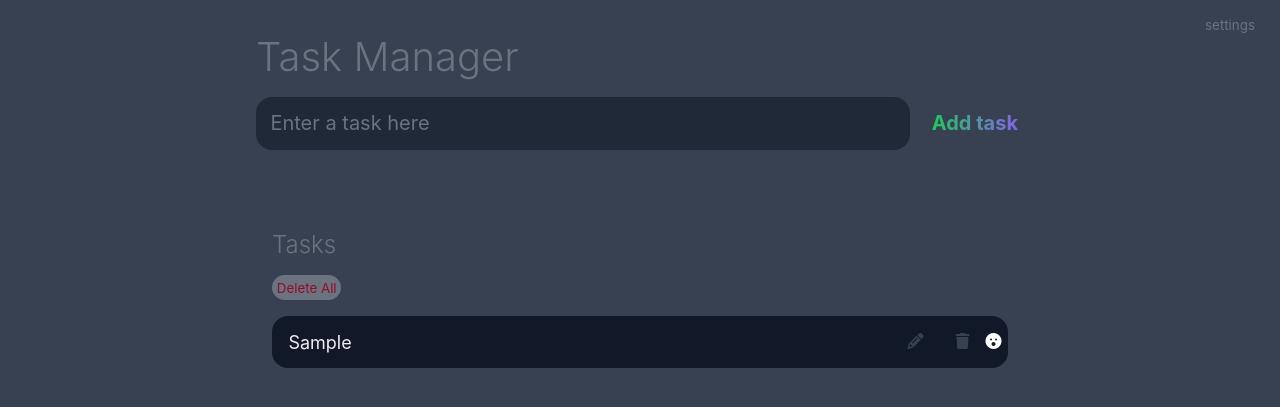
Repository: Herschenglime/todo-list-exercise
Page: index.html
An editor plug-in stored every save of this project. The page is shown before and after the next save, followed by the edit.
The browser window is 1280 px wide. The pictures show the whole page.
Empty fields were first filled with sample values (such as "Sample", 5 or name@example.com).
After loading, the first visible `#new-task-form` was submitted once.
Some web libraries are served in a nearby version.

Above is the page before, as saved 2022-05-27 18:36:52.

### index.html
<!DOCTYPE html>
<html lang="en">
<head>
    <meta charset="UTF-8">
    <meta http-equiv="X-UA-Compatible" content="IE=edge">
    <meta name="viewport" content="width=device-width, initial-scale=1.0">
    <title>Task Manager</title>
    <link rel="stylesheet" href="sytles.css">
    <script src="https://kit.fontawesome.com/8f66459c5a.js" crossorigin="anonymous"></script>
</head>
<body>
    <nav class="navbar">
        <div class="navbar__container">
            <button id="settings" onclick="toggleSettings()"> settings </button>
        </div>
    </nav>

    <header>
        <h1>Task Manager</h1>
        <form id="new-task-form">
            <input
                type="text"
                id="new-task-input"
                placeholder="Enter a task here" />
            <input
                type="submit"
                id="new-task-submit"
                value="Add task" />
        </form>
    </header>

    <main>
        <section class="task-list">
            <h2>Tasks</h2>
            <div class="overall">
                <button id="delete_all">Delete All</button>
                <button id="print_all">Print All</button>
                <button id="drawTasks_button">drawTasks()</button>

            </div>

            <div id="tasks"></div>
        </section>

    <div class="popup" id="settings_popup">
        <div class="overlay" onclick="toggleSettings()"></div>
        <div class="content">
            <div class="close_button" onclick="toggleSettings()">&times;</div>
            <h1>Allow Duplicates?</h1>
            <p1>Automatically delete duplicate entries?</p1>
            <div class="buttons">
                <button id="toggle_duplicates" onclick="toggleDuplicates()">toggle duplicates</button>
                <button id="joke_button">tell me a joke</button>
            </div>
        </div>
    </div>

    <script src="app.js"></script>
</body>
</html>

### sytles.css
:root {
    --dark: #374151;
    --darker: #1f2937;
    --darkest: #111827;
    --gray: #6b7280;
    --light: #EEE;
    --pink: #EC4899;
    --purple: #8B5Cf6;
    --green: #16d14e;
    --red: rgb(148, 12, 39);
}

* {
    box-sizing: border-box;
    margin: 0;
    font-family: -apple-system, BlinkMacSystemFont, 'Segoe UI', Roboto, Oxygen, Ubuntu, Cantarell, 'Open Sans', 'Helvetica Neue', sans-serif;
}

body {
    display: flex;
    flex-direction: column;
    min-height: 100vh;
    background: var(--dark);
    color: white;
}

header {
    padding: 2rem 1rem;
    max-width: 800px;
    width: 100%;
    margin: 0 auto;
}

header h1 {
    font-size: 2.5rem;
    font-weight: 300;
    color: var(--gray);
    margin-bottom: 1rem;
}

#new-task-form {
    display: flex;
}

input, button {
    appearance: none;
    border: none;
    outline: none;
    background: none;
}

#new-task-input {
    flex: 1 1 0%;
    background-color: var(--darker);
    padding: .9rem;
    border-radius: 1rem;
    margin-right: 1rem;
    color: var(--light);
    font-size: 1.25rem;
}

#new-task-input::placeholder {
    color: var(--gray);
}

#new-task-submit {
    color: var(--green);
    font-size: 1.25rem;
    font-weight: 700;
    background-image: linear-gradient(to right, var(--green), var(--purple));
    -webkit-background-clip: text;
    -webkit-text-fill-color: transparent;
    cursor: pointer;
    /* transition: 0.4s; */
}

#new-task-submit:hover {
    opacity: 0.8;
}

#new-task-submit:active {
    opacity: 0.67;
}

#settings {
    color: var(--gray);
    position: absolute;
    margin-top: 1rem;
    right: 0px;
    width: 100px;
    cursor: pointer;
}

#settings:hover {
    opacity: 0.8;
}

#settings:active {
    opacity: 0.67;
}

.popup .overlay {
    position:fixed;
    top: 0rem;
    left: 0rem;
    width: 100vw;
    height: 100vh;
    background: rgba(0, 0, 0, 0.7);
    z-index: 1;
    display: none;
}

.popup .content {
    position: absolute;
    top: 50%;
    left: 50%;
    transform: translate(-50%, -50%) scale(0);
    background: var(--gray);
    width: 35rem;
    height: 43rem;
    z-index: 2;
    text-align: center;
    padding: 2rem;
    box-sizing: border-box;
}

.popup .close_button {
    cursor: pointer;
    position: absolute;
    right: 1.5rem;
    top: 1.5rem;
    width: 2rem;
    height: 2rem;
    background: var(--darker);
    color: var(--white);
    font-size: 1.5rem;
    font-weight: .6rem;
    line-height: 2rem;
    text-align: center;
}

.popup.active .overlay {
    display:block;
}

.popup.active .content {
    transition: all 85ms ease-in-out;
    transform: translate(-50%, -50%) scale(1);
}

.popup .content .buttons #toggle_duplicates,#joke_button{
    border-radius: 1rem;
    background-color: var(--darker);
    color: var(--light);
    margin-top: 1rem;
    padding: .5rem;
    cursor: pointer;
    display: block;
    justify-content: center;
    align-items: center;

}


.overall #delete_all {
    /* display: flex;
    flex-direction: column;
    flex: 1 1 0%; */
    color: var(--red);
    background-color: var(--gray);
    padding: .3rem;
    border-radius: .8rem;
    margin-right: .5rem;
    margin-bottom: 1rem;
    cursor: pointer;
}

.overall #delete_all:hover {
    opacity: 0.8;
}

.overall #delete_all:active {
    opacity: 0.67;
}
.overall #print_all {
    color: var(--green);
    background-color: var(--gray);
    padding: .3rem;
    border-radius: .8rem;
    margin-bottom: 1rem;
    cursor: pointer;
    display: none;
}

.overall #print_all:hover {
    opacity: 0.8;
}

.overall #print_all:active {
    opacity: 0.67;
}

.overall #drawTasks_button {
    color: yellow;
    background-color: var(--gray);
    padding: .3rem;
    border-radius: .8rem;
    margin-bottom: 1rem;
    margin-left: .5rem;
    cursor: pointer;
    display: none;
}

.overall #drawTasks_button:hover {
    opacity: 0.8;
}

.overall #drawTasks_button:active {
    opacity: 0.67;
}

main {
    flex: 1 1 0%;
    padding: 2rem 1rem;
    max-width: 800px;
    width: 100%;
    margin: 0 auto;
}

.task-list {
    padding: 1rem;
}

.task-list h2 {
    font-size: 1.5rem;
    font-weight: 300;
    color: var(--gray);
    margin-bottom: 1rem;
}

#tasks .task {
    display: flex;
    justify-content: space-between;
    background-color: var(--darkest);
    padding: .9rem;
    border-radius: 1rem;
    margin-bottom: 1rem;
}

#tasks .task .content {
    flex: 1 1 0%;
}

#tasks .task .content .text {
    color: var(--light);
    font-size: 1.125rem;
    width: 100%;
    display: block;
    /* transition: 0.4s; */
}

#tasks .task .content .text:not(:read-only) {
    color: var(--green);
}

#tasks .task .actions {
    display: flex;
    margin: 0 -0.5rem;
}

.task .actions button {
    cursor: pointer;
    margin: 0 0.5rem;
    font-size: 1.125rem;
    font-weight: 700;
    text-transform: uppercase;
    /* transition: 0.4s */
}

.task .actions button:hover {
    opacity: 0.8;
}

.task .actions button:active {
    opacity: 0.67;
}

.task .actions .edit {
    color: var(--gray);
}

.task .actions .delete {
    color: var(--red);
}

.fa-pencil {
    color: var(--dark);
    margin-left: 1rem;
    margin-right: 1rem;
    cursor: pointer;
}

.fa-pencil:hover {
    opacity: 0.5;
    color: var(--light);
}

.fa-pencil:active {
    opacity: 0.67;
}

.fa-trash {
    color: var(--dark);
    margin-left: 1rem;
    margin-right: 1rem;
    cursor: pointer;
}

.fa-trash:hover {
    opacity: 0.8;
    color: var(--red);
}

.fa-trash:active {
    opacity: 0.67;
}

### app.js
var allowDuplicates = true;

window.addEventListener('load', () => {
    const form = document.querySelector("#new-task-form");
    const input = document.querySelector("#new-task-input");
    const delete_all = document.querySelector("#delete_all");
    const print_all = document.querySelector("#print_all");
    const draw_tasks = document.querySelector("#drawTasks_button");

    // array that stores all tasks in easily-accessible format, but that doesn't save upon page refresh
    let tasks = [];

    // Each task has its own HTML element, this function handles creating each element with a forEach() loop. Function also refreshes all displayed tasks when called (refreshes task list)
    function drawTasks() {

        // refresh task array based on local storage
        try {
            tasks = [];
            JSON.parse(localStorage.tasks).forEach((task) => {
                tasks.push(task);
            })
        } catch (e) {
            console.log("caught error likely due to localStorage.tasks being empty. Is this an issue?")
            // HERE IS HOW TO TELL IF THERE ARE NO TASKS
        }

        // delete all drawn tasks (prevents dupplication of drawn tasks)
        try {
            document.querySelectorAll('.task').forEach((drawnTask) => {
                drawnTask.remove();
            })
        } catch (e) {
            console.log("Failed to delete drawn tasks.")
            console.log(e)
        }

        // draw each task
        try {
            tasks.forEach((task) => {
                const list_el = document.querySelector("#tasks");

                // creates tasks
                const task_el = document.createElement("div");
                task_el.classList.add("task");
                task_el.id = task.id;

                const task_content_el = document.createElement("div");
                task_content_el.classList.add("content");

                task_el.appendChild(task_content_el);

                const task_input_el = document.createElement("input");
                task_input_el.classList.add("text");
                task_input_el.type = "text";

                // determines the displayed text
                task_input_el.value = task.taskName;
                task_input_el.setAttribute("readonly", "readonly");

                task_content_el.appendChild(task_input_el);

                // creates buttons (required to display)
                const task_actions_el = document.createElement("div");
                task_actions_el.classList.add("actions");


                const task_emoji_el = document.createElement("button");
                task_emoji_el.classList.add("emoji");
                task_emoji_el.innerHTML = "emoji";

                const task_emoji_icon = document.createElement("i");
                // creates the icon (this code is found at fontawesome.com)
                task_emoji_icon.innerHTML = '<i class="fa-solid fa-face-surprise"></i>';


                const task_edit_el = document.createElement("button");
                task_edit_el.classList.add("edit");
                task_edit_el.innerHTML = "Edit";

                const task_edit_icon = document.createElement("i");
                // creates the icon (this code is found at fontawesome.com)
                task_edit_icon.innerHTML = '<i class="fa-solid fa-pencil"></i>';

                const task_delete_icon = document.createElement("i");
                task_delete_icon.innerHTML = '<i class="fa-solid fa-trash""></i>';

                task_actions_el.appendChild(task_edit_icon);
                task_actions_el.appendChild(task_delete_icon);
                task_actions_el.appendChild(task_emoji_icon);

                task_el.appendChild(task_actions_el);

                list_el.appendChild(task_el);

                // edit button functionality
                task_edit_icon.addEventListener('click', () => {
                    task_input_el.removeAttribute("readonly");
                    task_input_el.focus();

                    document.addEventListener('keydown', function(event){
                        if(event.key === "Enter"){
                            task_input_el.setAttribute("readonly", "readonly")

                            tasks[getIndexById(task_el.id)].taskName = task_input_el.value;
                            localStorage.setItem("tasks", JSON.stringify(tasks));

                            drawTasks();
                        }
                    });
                });

                // delete button functionality
                task_delete_icon.addEventListener('click', () => {
                        var tempLocalStorageDelete = JSON.parse(localStorage.getItem("tasks"));

                        tempLocalStorageDelete.splice(getIndexById(task_el.id), 1);

                        localStorage.setItem("tasks", JSON.stringify(tempLocalStorageDelete))

                        drawTasks();
                    });
                })

        } catch (e) {
            console.log("failed to draw tasks, error:");
            console.log(e);
        }
    };

    // drawTasks when page is first loaded
    drawTasks();

    // adding tasks
    form.addEventListener('submit', (e) => {
        e.preventDefault();

        // prevent duplicates (if enabled)
        var tempDupToggle;
        tasks.forEach((task) => {
            if (task.taskName == input.value && !allowDuplicates) {
                alert("duplicate task entered!")
                input.value = "";
                tempDupToggle = true;
                return;
            }
        })

        // prevent blank tasks
        if (!input.value) {
            if (tempDupToggle) {
                tempDupToggle = !tempDupToggle;
                return;
            }
            alert("no text entered");
            return;
        }

        // create task object
        const taskObj = {
            taskName:input.value,
            status:"TEMP",
            id: Math.floor(Date.now() + Math.random()),
            priority: "TEMP"
        }

       // append individual task to tasks array, then update localStorage to match
        tasks.push(taskObj);
        localStorage.setItem("tasks", JSON.stringify(tasks));

        // clear input field
        input.value = "";

        // refresh tasks by calling drawTask function so that new task is displayed
        drawTasks();

    });

    // delete_all functionality
    delete_all.addEventListener('click', () => {
        console.log("Local storage cleared.");
        localStorage.clear();
        drawTasks();
    });

    // print all functionality
    print_all.addEventListener('click', () => {
        try {
            console.log("session tasks array:")
            console.log(tasks)
            console.log("local storage:")
            console.log(JSON.parse(localStorage.tasks))
            console.log("========")
        } catch (e) {
            console.log("No tasks in local storage.")
        }
    });

    // drawTasks dev button functionality
    draw_tasks.addEventListener('click', () => {
        drawTasks();
    });

});

// temp settings popup functionality
function toggleSettings() {
    document.getElementById("settings_popup").classList.toggle("active");
}

// allow user to use escape to toggle settings (note that this should be updated as it's currently constantly checking for escape, it should only check when the settings is opened)
document.addEventListener('keydown', function(event){
	if(event.key === "Escape"){
        document.getElementById("settings_popup").classList.toggle("active");
	}
});

function toggleDuplicates() {
    console.log("user wants to toggle duplicates!")
    allowDuplicates = !allowDuplicates;
    console.log(allowDuplicates)
}

// my saving-grace function that I somehow was able to figure out at 3:30 AM
function getIndexById(Id) {
    var tempLocalStorage = JSON.parse(localStorage.getItem("tasks"))
    var target;

    for (var i = 0; i < tempLocalStorage.length; i++) {
        var item = tempLocalStorage[i];
        if (item.id == Id) {
            target = i;
        }
    }
    return target;
}


// gpt-j fetch request for joke button
function testAPI() {
    fetch("https://api.ai21.com/studio/v1/j1-jumbo/complete", {
      headers: {
        "Authorization": "Bearer X9U5ZKe7tI7oe5ni0zPLyIUo3w19xJCS",
        "Content-Type": "application/json"
      },
      body: JSON.stringify({
          "prompt": "Joke: ",
          "numResults": 1,
          "maxTokens": 64,
          "temperature": 0.7,
          "topKReturn": 0,
          "topP":1,
          "countPenalty": {
            "scale": 0,
            "applyToNumbers": false,
            "applyToPunctuations": false,
            "applyToStopwords": false,
            "applyToWhitespaces": false,
            "applyToEmojis": false
          },
          "frequencyPenalty": {
            "scale": 0,
            "applyToNumbers": false,
            "applyToPunctuations": false,
            "applyToStopwords": false,
            "applyToWhitespaces": false,
            "applyToEmojis": false
          },
          "presencePenalty": {
            "scale": 0,
            "applyToNumbers": false,
            "applyToPunctuations": false,
            "applyToStopwords": false,
            "applyToWhitespaces": false,
            "applyToEmojis": false
          },
          "stopSequences":["\n"]
        }),
      method: "POST"
    }).then(response => response.json()).then(data => {
        alert(data.completions[0].data.text)
    });
}

After the next save:
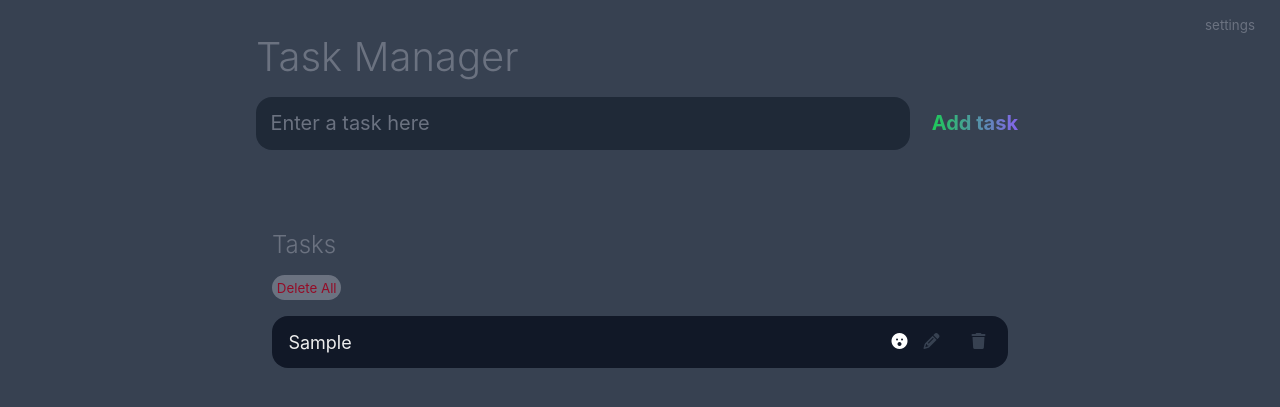
Saved 5 s later.
--- a/app.js
+++ b/app.js
@@ -84,9 +84,9 @@ window.addEventListener('load', () => {
                 const task_delete_icon = document.createElement("i");
                 task_delete_icon.innerHTML = '<i class="fa-solid fa-trash""></i>';
 
+                task_actions_el.appendChild(task_emoji_icon);
                 task_actions_el.appendChild(task_edit_icon);
                 task_actions_el.appendChild(task_delete_icon);
-                task_actions_el.appendChild(task_emoji_icon);
 
                 task_el.appendChild(task_actions_el);
 
